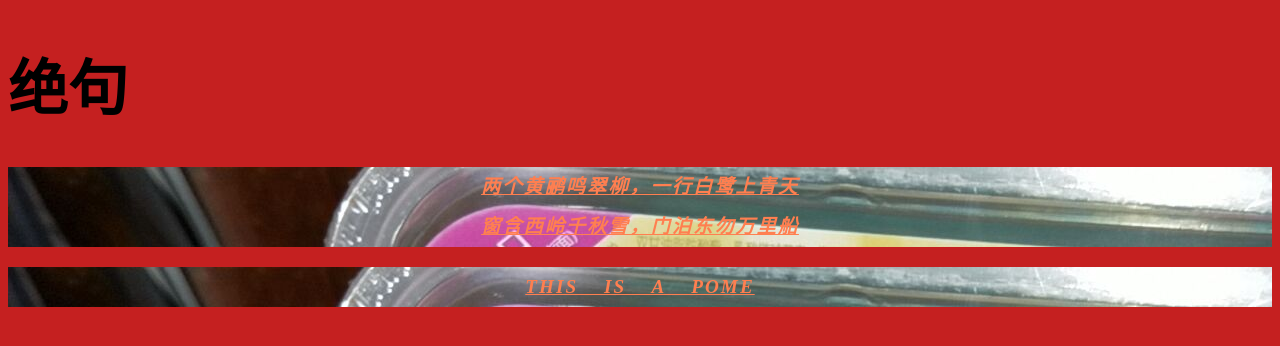
Repository: ljx1197678031/Wed-Design
Page: 01/3.html
The author's editor kept a copy of each file at every save. The page is drawn from the files as they stood at one save, then again after the next save.
The browser window is 1280 px wide. The pictures show the whole page.

Above is the page before, as saved 2020-06-01 22:47:15.

### 01/3.html
<!DOCTYPE html>
<html lang="en">
<head>
    <meta charset="UTF-8">
    <meta name="viewport" content="width=device-width, initial-scale=1.0">
    <title>Document</title>
    <style>
        h1{
            font-family: "仿宋";
            font-size: 60px;
        }
        p{
            font-family: "微软雅黑";
            font-size: larger;
            font-style: italic;
            font-weight: bolder;
            color: coral;
            letter-spacing:2px;/*定义字与字之间的距离*/
            word-spacing: 1em;/*定义字与字之间的空格的距离(英文)*/
            text-decoration:underline;
            text-align: center;
            text-transform: uppercase;
            line-height: 40px;
            background-image: url(../img/1.jpg);
        }
        body{
            background-color:rgb(197, 32, 32);
        }
        #pome{
            background-repeat: no-repeat;
        }
    </style>
</head>
<body>
    <h1>绝句</h1>
    <div id="pome">
    <p>两个黄鹂鸣翠柳，一行白鹭上青天
    <br/>窗含西岭千秋雪，门泊东勿万里船
    </p>
    <P>this is a pome</P>
    </div>
</body>
</html>

After the next save:
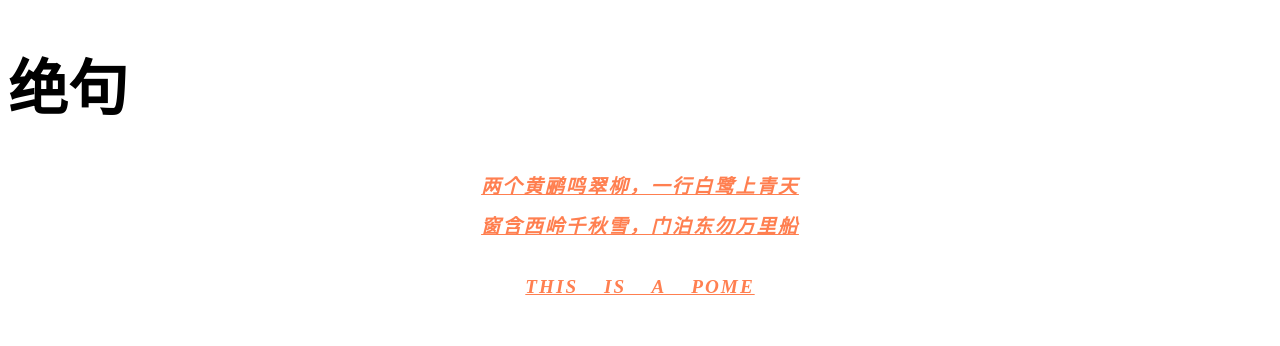
Saved 23 s later.
--- a/01/3.html
+++ b/01/3.html
@@ -21,7 +21,7 @@
             text-align: center;
             text-transform: uppercase;
             line-height: 40px;
-            background-image: url(../img/1.jpg);
+            /*background-image: url(../img/1.jpg);
         }
         body{
             background-color:rgb(197, 32, 32);
